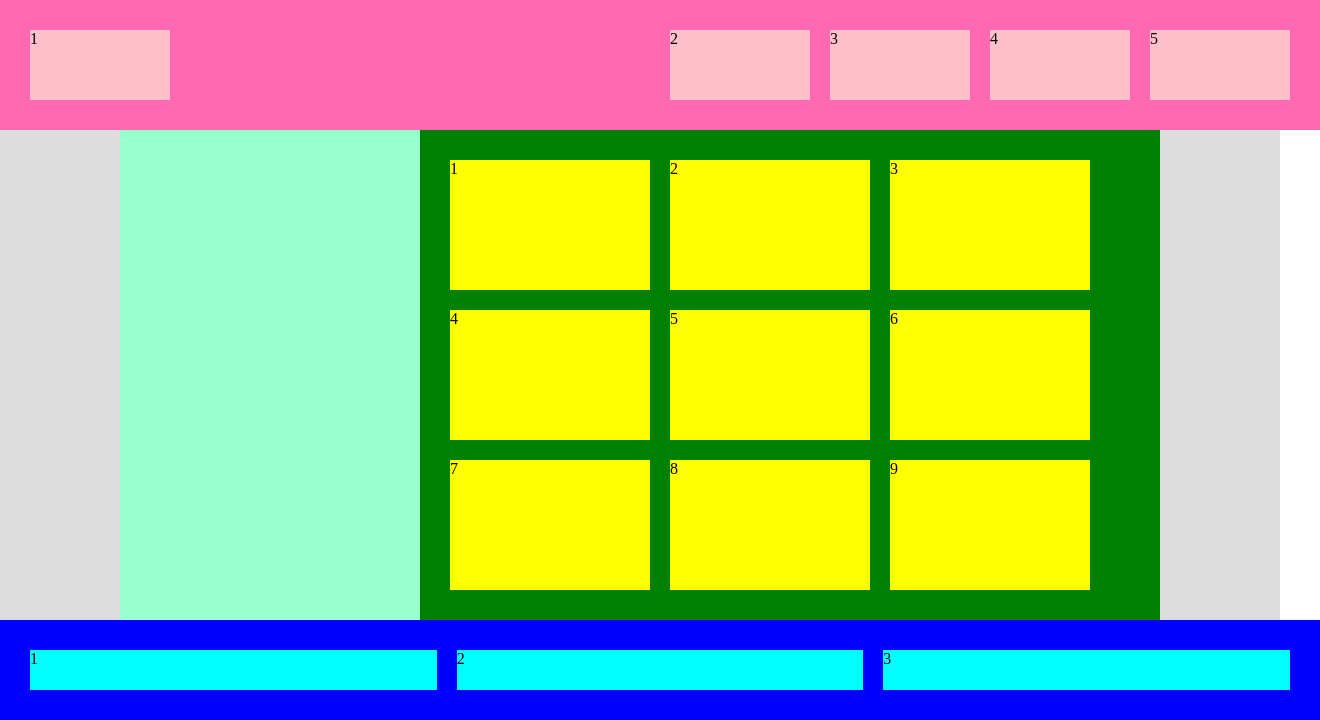
Repository: shizuki-okuma/dmm-webcamp
Page: flex/flex.html
The author's editor kept a record of every edit. The page is drawn from the files as they stood at one moment, then again after the next edit.
The browser window is 1280 px wide. The page is 1320 px wide, so the pictures cover 1320 px, including what lies to the right of the window. The pictures show the whole page.

Above is the page before.

After the next edit:
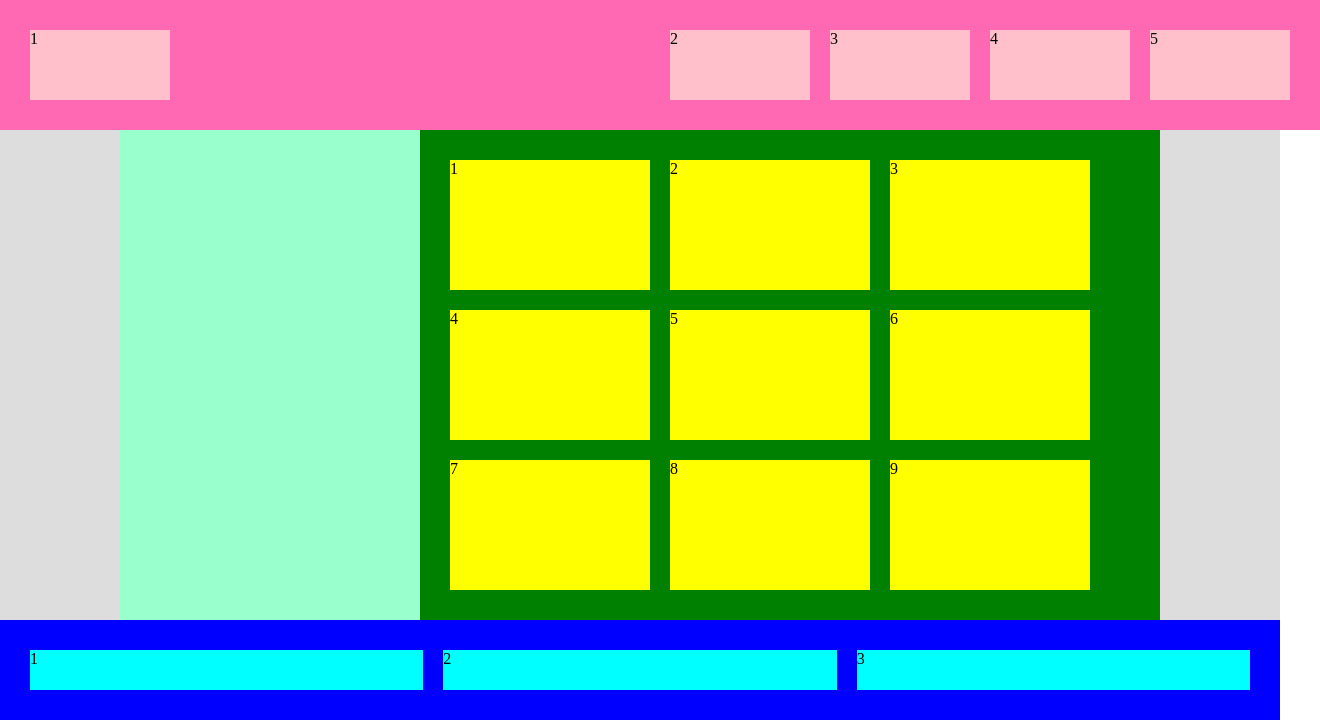
The edit:
--- a/flex/style.css
+++ b/flex/style.css
@@ -48,9 +48,10 @@
 }
 .footer-flex {
   display: flex;
-  background-color: blue;
+  flex-wrap; wrap:
   width: 100%;
   padding: 20px;
+  background-color: blue;
 }
 .footer-flex>div {
   background-color: aqua;

After the 2 edits that followed:
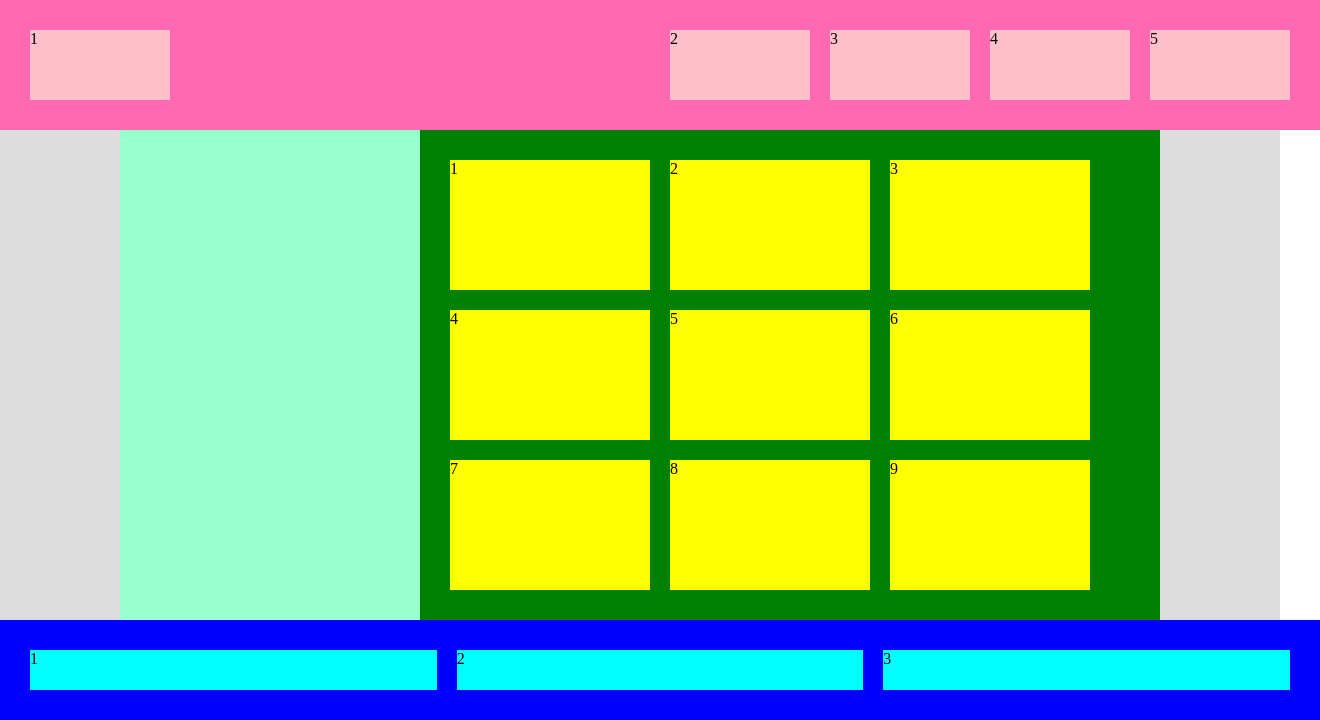
The 2 edits are shown as one change because 1 left the picture as it was.
The edit:
--- a/flex/style.css
+++ b/flex/style.css
@@ -48,7 +48,8 @@
 }
 .footer-flex {
   display: flex;
-  flex-wrap; wrap:
+  flex-wrap; row wrap:
+  justify-content: flex-start;
   width: 100%;
   padding: 20px;
   background-color: blue;
@@ -59,6 +60,4 @@
   height: 40px;
   flex-basis: 40%;
   max-width: 600px;
-
-
 }
